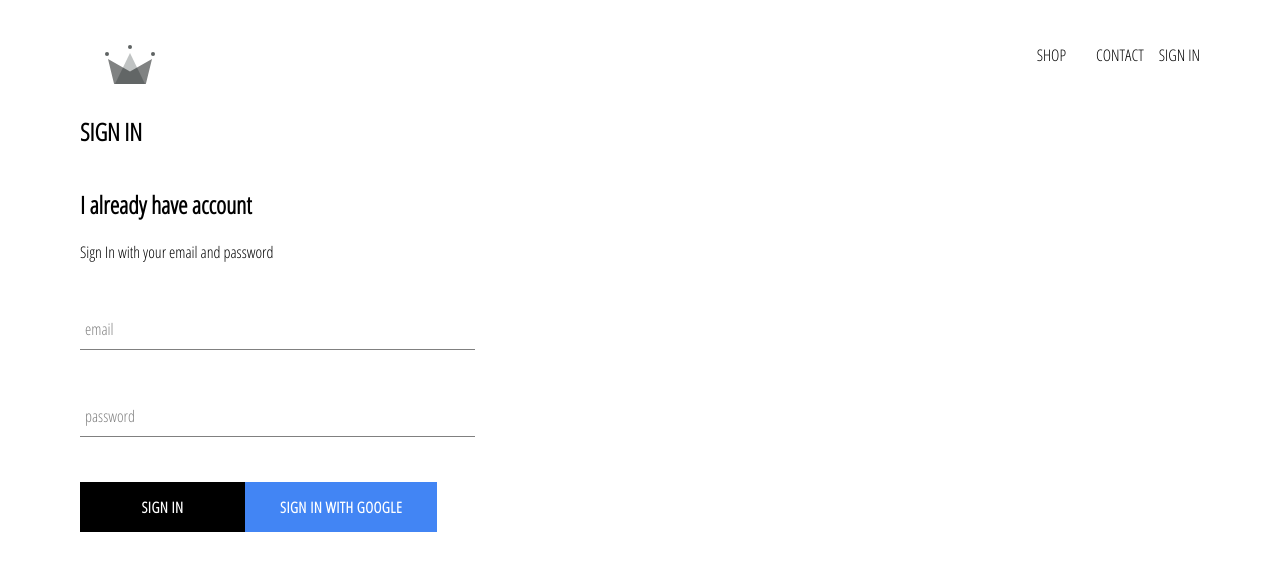
Repository: vijayarangan-s/crwn-clothing
Page: /signin
These files come from the project's save history. The page is drawn as it stood at one moment and after the next save; the edit follows.
The browser window is 1280 px wide. The pictures show the whole page.
The project was rebuilt for these pictures with package versions that can differ from the ones it lists, and the page was loaded fresh each time. Also part of the build but not shown: src/components/Menu-item/MenuItem.style.scss, src/components/Menu-item/MenuItem.js, src/components/Directory/Directory.js, src/components/Pages/HomePage/homepage.style.scss, src/components/Pages/HomePage/HomePage.js, src/components/Collection-Item/Collection-Item.styles.scss, src/components/Collection-Item/Collection-Item.component.jsx, src/components/Collection-Preview/Collection-Preview.styles.scss and 4 more.

Above is the page before, as saved 2021-09-19 19:19:09.

After the next save:
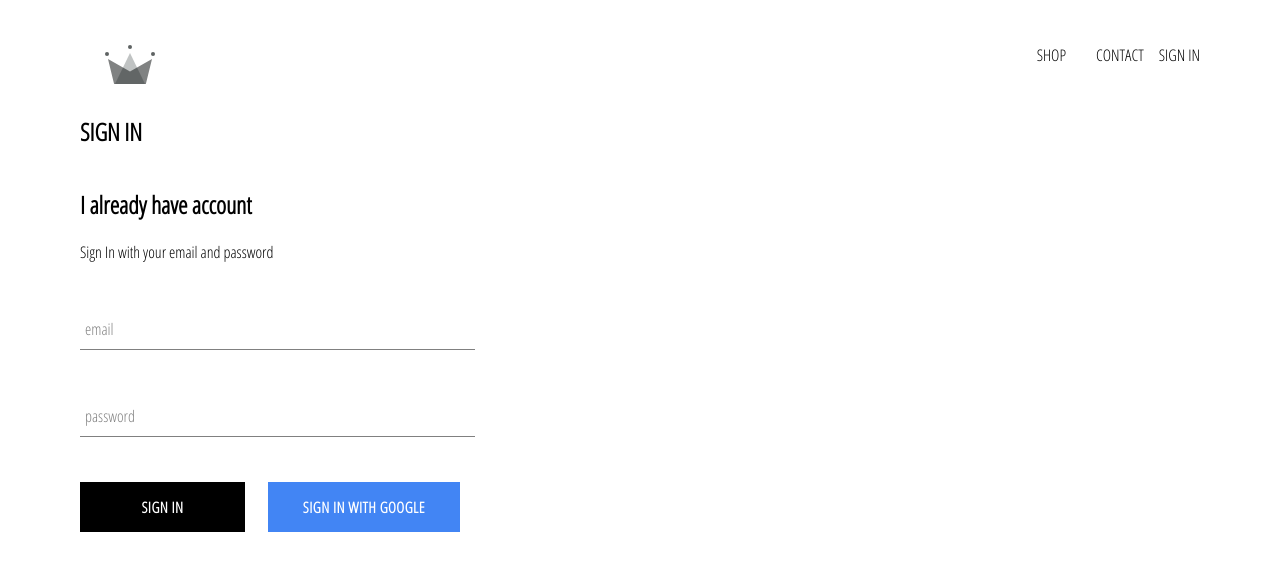
Saved 47 s later.
--- a/src/components/SignIn/SignIn.styles.scss
+++ b/src/components/SignIn/SignIn.styles.scss
@@ -6,4 +6,9 @@
     .title {
         margin: 10px 0;
     }
+
+    .buttons {
+        display: flex;
+        justify-content: space-between;
+    }
 }
